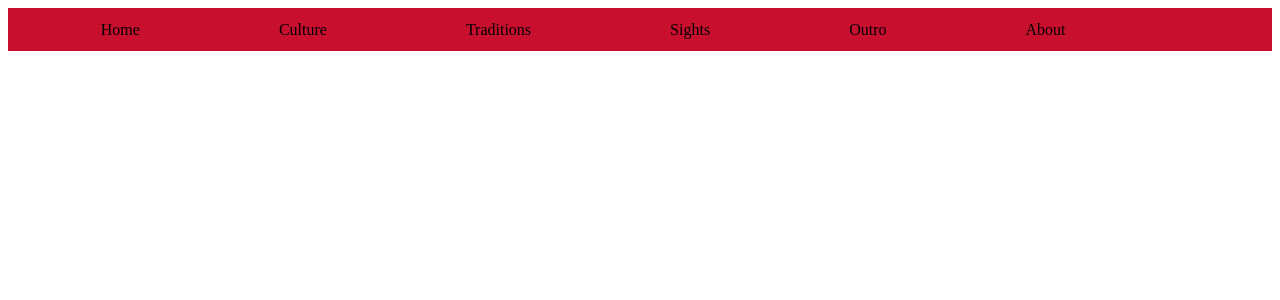
Repository: Cornman63/The-netherlands
Page: index.html
An editor plug-in stored every save of this project. The page is shown before and after the next save, followed by the edit.
The browser window is 1280 px wide. The pictures show the whole page.

Above is the page before, as saved 2023-05-16 10:45:12.

### index.html
<!DOCTYPE html>
<html lang="en">
<head>
    <meta charset="UTF-8">
    <meta http-equiv="X-UA-Compatible" content="IE=edge">
    <meta name="viewport" content="width=device-width, initial-scale=1.0">
    <link rel="stylesheet" href="style.css">
    <title>Visit the Netherlands</title>

</head>
<body>
    <div class="top">
        <div class="site">Home</div>
        <div class="site">Culture</div>
        <div class="site">Traditions</div>
        <div class="site">Sights</div>
        <div class="site">Outro</div>
        <div class="site">About</div>
    </div>
</body>
</html>

### style.css
.top {
    display: flex;
    flex-direction: row;
    justify-content: center;
    align-content:center;
    background-color:#C8102E;
}
.site {
    display: flex;
    border: 1%;
    margin: 1%;
    margin-right: 10%;
    align-content: center;
}

After the next save:
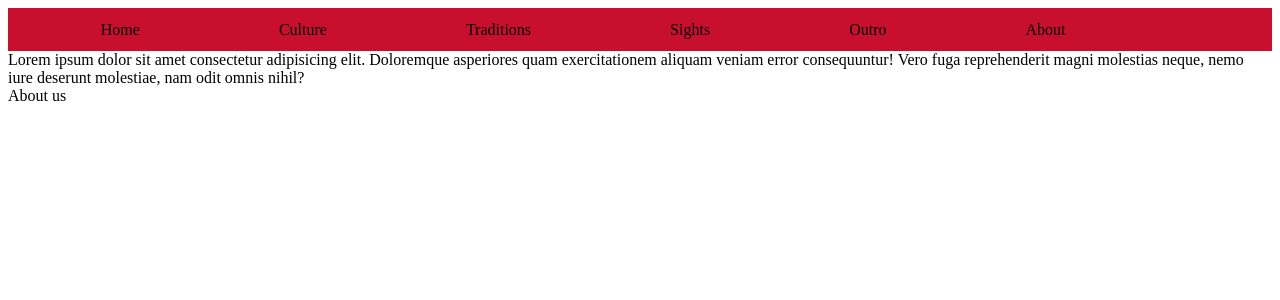
Saved 48 s later.
--- a/index.html
+++ b/index.html
@@ -17,5 +17,11 @@
         <div class="site">Outro</div>
         <div class="site">About</div>
     </div>
+    <div class="text">
+        Lorem ipsum dolor sit amet consectetur adipisicing elit. Doloremque asperiores quam exercitationem aliquam veniam error consequuntur! Vero fuga reprehenderit magni molestias neque, nemo iure deserunt molestiae, nam odit omnis nihil?
+    </div>
+    <div class="bottom">
+        About us
+    </div>
 </body>
 </html>
